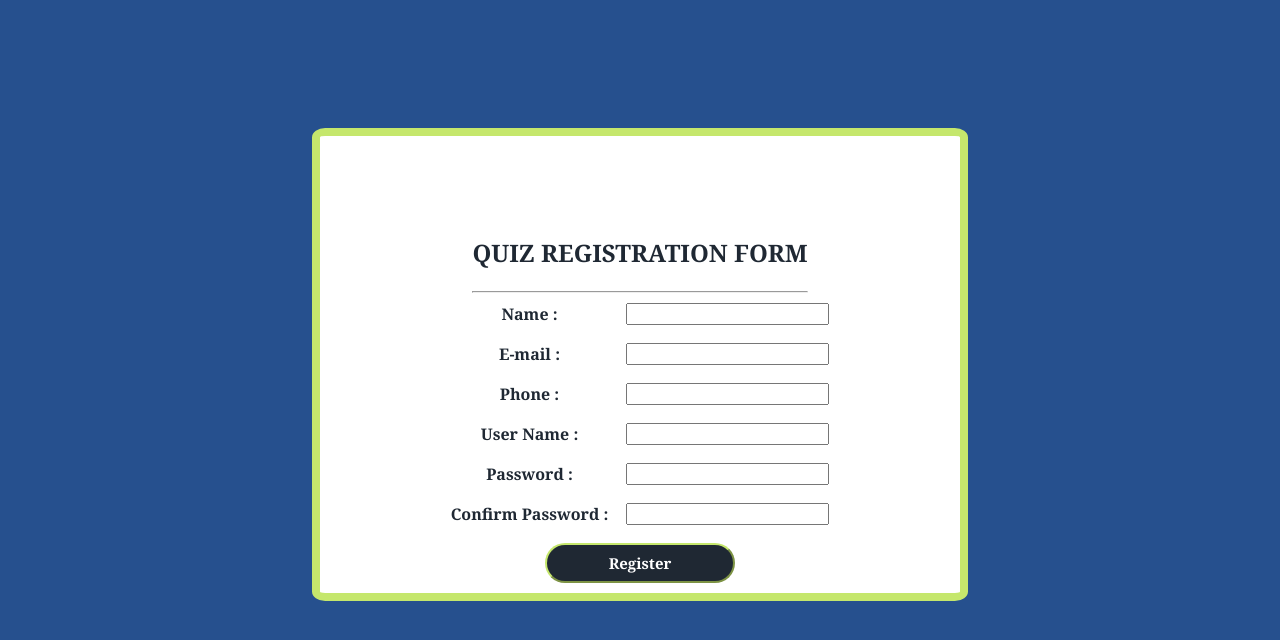
Repository: Pooja0109/Online-Quiz-Application
Page: http://localhost/QuizApplication/Register.jsp
The author's editor kept a copy of each file at every save. The page is drawn from the files as they stood at one save, then again after the next save.
The browser window is 1280 px wide. The pictures show the whole page.
The page is served by Tomcat 9.

Above is the page before, as saved 2023-04-01 11:43:13.

After the next save:
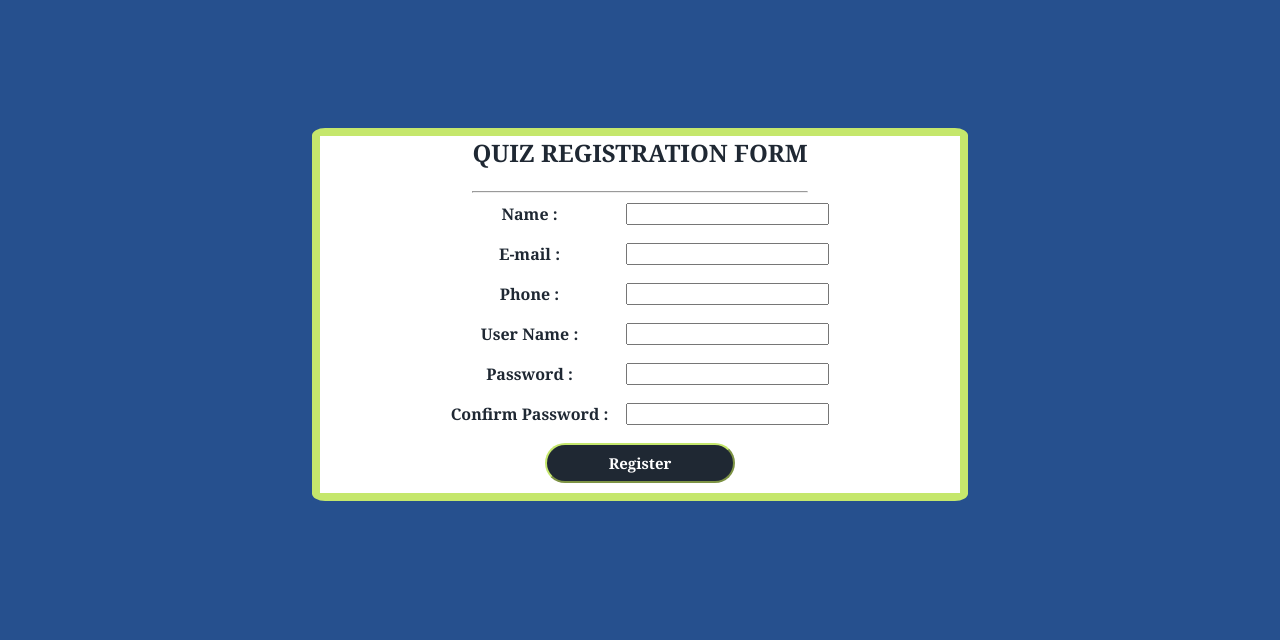
Saved 22 s later.
--- a/QuizApplication/QuizApplication/WebContent/Register.jsp
+++ b/QuizApplication/QuizApplication/WebContent/Register.jsp
@@ -11,7 +11,6 @@
 <form action="RegisterServlet" method="post">
         <div class="container">
             <div class="items">
-                <p class="picture"></p>
             </div>
             <div class="items">
                 <h2>QUIZ REGISTRATION FORM</h2><br>
